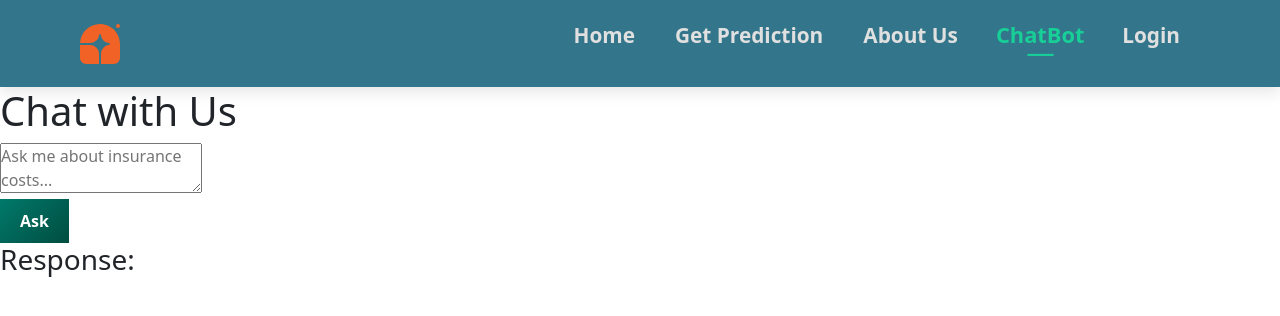
Repository: aabhashbasnet/MedicalInsuranceCostPredictionSystem
Page: /chat-bot (app in frontend/)
These files come from the project's save history. The page is drawn as it stood at one moment and after the next save; the edit follows.
The browser window is 1280 px wide. The pictures show the whole page.
The project was rebuilt for these pictures with package versions that can differ from the ones it lists, and the page was loaded fresh each time. Also part of the build but not shown: frontend/src/pages/Home.js, frontend/src/pages/GetPrediction.js, frontend/src/pages/AboutUs.js, frontend/src/pages/Login.js, frontend/src/pages/Signup.js, frontend/src/pages/DetailsPage.css, frontend/src/pages/DetailsPage.js.

Above is the page before, as saved 2025-01-22 19:47:41.

After the next save:
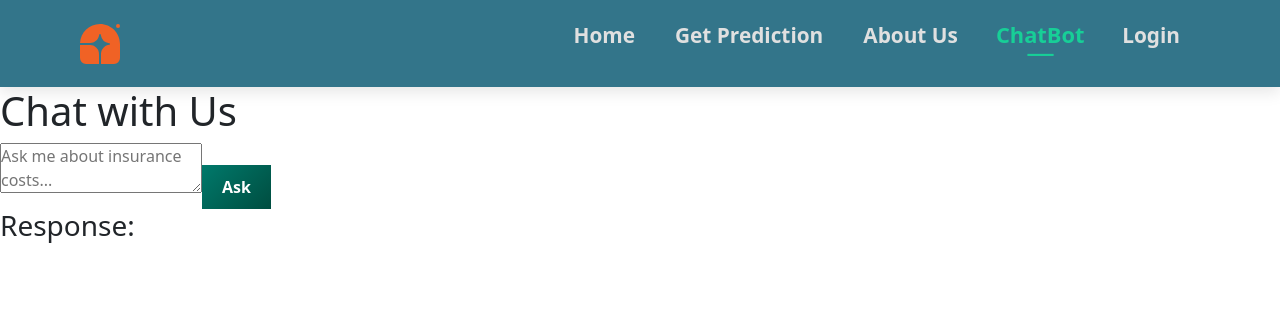
Saved 5 min 50 s later.
--- a/frontend/src/pages/ChatBot.js
+++ b/frontend/src/pages/ChatBot.js
@@ -3,6 +3,7 @@ import React, { useState } from "react";
 const Chatbot = () => {
     const [userInput, setUserInput] = useState("");
     const [response, setResponse] = useState("");
+    const [error, setError] = useState(null);
 
     const handleInputChange = (event) => {
         setUserInput(event.target.value);
@@ -10,26 +11,35 @@ const Chatbot = () => {
 
     const handleSubmit = async (event) => {
         event.preventDefault();
+        setError(null); // Reset any previous errors
+
         if (userInput.trim() !== "") {
-            // Call the backend API to get the chatbot response
-            const res = await fetch(`/api/chatbot/?user_input=${encodeURIComponent(userInput)}`);
-            const data = await res.json();
-            setResponse(data.response);
+            try {
+                const res = await fetch(`/api/chatbot/?user_input=${encodeURIComponent(userInput)}`);
+                if (!res.ok) {
+                    throw new Error(`HTTP error! Status: ${res.status}`);
+                }
+                const data = await res.json();
+                console.log("API Response:", data); // Debugging: log API response
+                setResponse(data.response);
+            } catch (err) {
+                console.error("Error fetching chatbot response:", err);
+                setError("Failed to fetch the chatbot response. Please try again.");
+            }
         }
     };
 
     return (
         <div>
             <h1>Chat with Us</h1>
-            <div>
-                <textarea
-                    value={userInput}
-                    onChange={handleInputChange}
-                    placeholder="Ask me about insurance costs..."
-                />
-            </div>
+            <textarea
+                value={userInput}
+                onChange={handleInputChange}
+                placeholder="Ask me about insurance costs..."
+            />
             <button onClick={handleSubmit}>Ask</button>
             <div>
+                {error && <p style={{ color: "red" }}>{error}</p>}
                 <h3>Response:</h3>
                 <p>{response}</p>
             </div>
